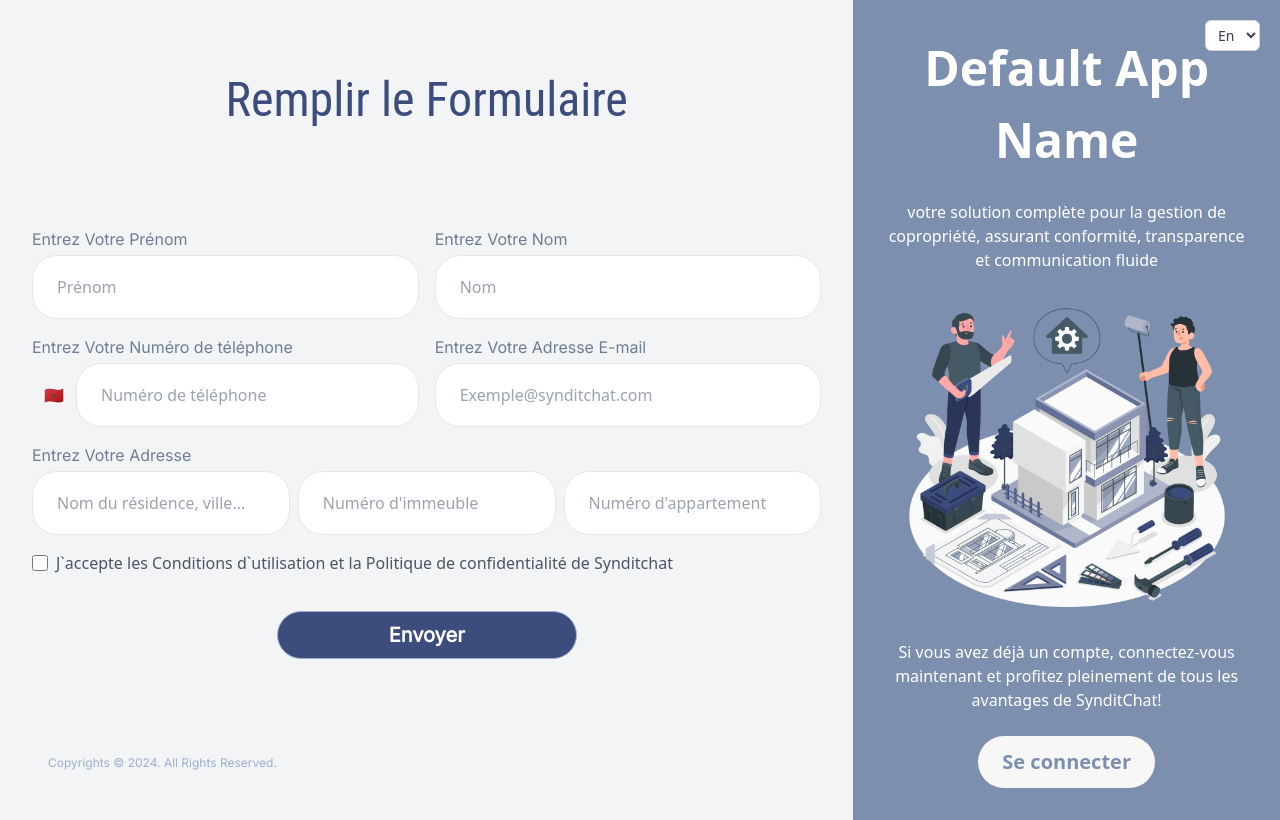
Repository: idir2023/Syndicat-amine
Page: http://localhost/inscription
The author's editor kept a copy of each file at every save. The page is drawn from the files as they stood at one save, then again after the next save.
The browser window is 1280 px wide. The pictures show the whole page.
Some web libraries are served in a nearby version. The page is served by the project's Laravel application, run on PHP 8.4 with Laravel 12. Other server files are loaded and not shown. Queries for data that is not in the repository find no rows.

Above is the page before, as saved 2024-10-13 11:00:57.

### app/Providers/AppServiceProvider.php
<?php

namespace App\Providers;

use App\Models\Parameter;
use App\Models\Residence;
use Illuminate\Support\Facades\View;
use Illuminate\Support\ServiceProvider;
use Illuminate\Support\Facades\App;
use Illuminate\Support\Facades\Session;

class AppServiceProvider extends ServiceProvider
{
    /**
     * Register any application services.
     */
    public function register(): void
    {
        //
    }

    /**
     * Bootstrap any application services.
     */
    public function boot()
    {
        App::setLocale(Session::get('locale', config('app.locale')));

        // Retrieve the parameters from the database (you can limit to one or handle multiple rows)
        $parameters = Parameter::first();

        // Guard if there are no parameters
        if ($parameters) {
            // Share the parameters with all views if found
            View::share('appParameters', $parameters);
        } else {
            // Optionally, you can share default values if no parameters exist
            View::share('appParameters', (object)[
                'logo' => 'default-logo.png', // Default logo path
                'app_name' => 'Default App Name' // Default app name
            ]);
        }

    }
}

### app/Models/Parameter.php
<?php

namespace App\Models;

use Illuminate\Database\Eloquent\Factories\HasFactory;
use Illuminate\Database\Eloquent\Model;

class Parameter extends Model
{
    use HasFactory;

    protected $fillable = [
        'logo',
        'app_name',
        'copyright',
        'facebook_link',
        'twitter_link',
        'linkedin_link',
        'instagram_link',
    ];
}

### routes/web.php
<?php

use Illuminate\Support\Facades\Route;
use App\Http\Controllers\UserController;
use App\Http\Controllers\EventController;
use App\Http\Controllers\TchatController;
use App\Http\Controllers\InfocomController;
use App\Http\Controllers\ProfileController;
use App\Http\Controllers\ReglageController;
use App\Http\Controllers\DashbordController;
use App\Http\Controllers\DocumentController;
use App\Http\Controllers\CalendrieController;
use App\Http\Controllers\ResidenceController;
use App\Http\Controllers\InventaireController;
use App\Http\Controllers\InvitationController;
use App\Http\Controllers\RegelementController;
use App\Http\Controllers\CommentaireController;
use App\Http\Controllers\ReclamationController;
use App\Http\Controllers\FormRegisterController;
use App\Http\Controllers\GroupController;
use App\Http\Controllers\LocaleController;
use App\Http\Controllers\ParameterController;
use Illuminate\Support\Facades\Request;
use App\Http\Middleware\EnsureAuthenticated;

// });

// Route::get('/dashboard', function () {
//     return view('dashboard');
// })->name('dashboard');

Route::post('/parameter',[ParameterController::class,'updateParameters'])->name('parameters.upadate');


Route::get(
    '/index',
    [DashbordController::class, 'index']
)->name('index');

Route::post('/locale', LocaleController::class)->name('locale.change');

Route::get('/language-form', [LocaleController::class, 'showLanguageForm'])->name('locale.form');

Route::prefix('/dashboard')->group(function () {
    Route::get('/', [DashbordController::class, 'index'])->name('dashboard.index');
    Route::get('/{residence}', [DashbordController::class, 'getDashbord'])->name('dashboard.residence');
});

Route::prefix('/infocom')->group(function () {
    // Route to list all InfoComs
    Route::get('/', [InfocomController::class, 'index'])->name('infocom.index');
    // Route to store InfoCom (no need to prefix /infocom)
    Route::post('/store', [InfocomController::class, 'store'])->name('infocom.store');
    // Route to get InfoCom for a specific residence
    Route::get('/{residence}', [InfocomController::class, 'getInfocom'])->name('infocom.residence');
});

Route::get('/inscription', [FormRegisterController::class, 'index'])->name('formRegister');
Route::post('/inscription', [FormRegisterController::class, 'submit'])->name('formRegister');

Route::get('/tchat', [TchatController::class, 'index'])->name('tchat.index');


Route::prefix('/inventaire')->group(function () {
    Route::get('/', [InventaireController::class, 'index'])->name('inventaire.index');
    Route::post('/', action: [InventaireController::class, 'store'])->name('inventaire.store');
    Route::get('/{residence}', [InventaireController::class, 'getInventaire'])->name('inventaire.residence');
    Route::put('/update/{id}', [InventaireController::class, 'update'])->name('inventaire.update');
});

// Route::get('/reglages', [ReglageController::class, 'index'])->name('reglages.index');
Route::get('/reglages/{residence}', [ReglageController::class, 'show'])->name('reglages.show');
Route::delete('/deleteUser/{id}', [UserController::class, 'destroy'])->name('users.destroy');
Route::put('/updateUser/{id}', [UserController::class, 'update'])->name('user.update');




Route::get('/calendrie', [CalendrieController::class, 'index'])->name('calendrie.index');

// Route::get('/regelement', [ResidenceController::class, ''])->name('regelement.');
Route::get('/residence/{id}', [ResidenceController::class, 'fetchResidence'])->name('residence.fetch');
// active residence
Route::put('/residence/{id}/update-status', [ResidenceController::class, 'updateStatus'])->name('residence.update-status');


// Route::get('/regereclamationlement', [ResidenceController::class, ''])->name('regelement.');
Route::get('/residence/{id}', [ResidenceController::class, 'fetchResidence'])->name('residence.fetch');
Route::post('/residence/store', [ResidenceController::class, 'store'])->name('residence.store');

Route::get('/regelement', [ResidenceController::class, 'index'])->name('regelement.index');
Route::get('/regelement/{residence}', [ResidenceController::class, 'show'])->name('regelement.show');
Route::get('/regelement/{residence}/edit', [ResidenceController::class, 'edit'])->name('regelement.edit');
Route::post('/regelement/update/{id}', [ResidenceController::class, 'update'])->name('regelement.update');

// Route::resource('regelements', RegelementController::class);

// Register form
// Route::get('/inscription', [ResidenceController::class, 'show'])->name('formRegister');
Route::get('/inscription', [FormRegisterController::class, 'index'])->name('formRegister');
Route::post('/inscription', [FormRegisterController::class, 'submit'])->name('formRegister');

Route::post('/Admin/users/store', [InvitationController::class, 'store'])->name('Admin.users.store');
Route::get('/inscription-termine', [UserController::class, 'index'])->name('register.user');
Route::post('/inscription-termine', [UserController::class, 'store'])->name('register.user.store');


// ::::::::::::::::::::::::::::::::::::::::::::::::::::::::::::::::::::::::::::::::::::::::::::::::::::::::::::::


Route::get('/get-contacts', [UserController::class, 'getContacts']);
// Route for searching contacts
Route::get('/contacts/search', [UserController::class, 'searchContacts'])->name('contacts.search');

Route::get('/contacts/get-group', [UserController::class, 'getGroup'])->name('getGroup');
Route::post('/create-group', [GroupController::class, 'createGroup'])->name('chatify.createGroup');
Route::post('/send-group-message', [GroupController::class, 'sendGroupMessage'])->name('chatify.sendGroupMessage');
Route::post('/get-group-users', [GroupController::class, 'getGroups'])->name('chatify.getGroups');

// :::::::::::::::::::::::::::::::::::::::::::::::::::::::::::::::::::::::::::::::::::::::::::::::::::::::::::::::::

Route::group(['prefix' => '/calendar'], function () {
    Route::get('/', [CalendrieController::class, 'index'])->name('events.index');
    Route::get('/{residence}', [CalendrieController::class, 'show'])->name('events.index');
    Route::post('/store', [CalendrieController::class, 'store'])->name('events.store');
    // Fetch events by date
    Route::post('/fetch-by-date', [CalendrieController::class, 'fetchEventsByDate'])->name('events.fetchByDate');

    // Route::get('/{event}', [CalendrieController::class, 'show'])->name('events.show');
    Route::put('/edit', [CalendrieController::class, 'update'])->name('events.update');
    Route::delete('/{event}', [CalendrieController::class, 'destroy'])->name('events.destroy');

    // Additional routes for specific functionalities can be added here
    // For example, add a route for comments on events
    // Route::post('/comment', [CommentController::class, 'store'])->name('comments.store');
});


// Route::resource('regelements', RegelementController::class);


Route::group(['prefix' => '/reclamation'], function () {
    Route::get('', [ReclamationController::class, 'index'])->name('reclamations');
    Route::post('', [ReclamationController::class, 'store'])->name('reclamations.store');
    Route::get('/{residence}', [ReclamationController::class, 'getReclamations'])->name('reclamations.residence');
    //add comment
    Route::post('/commentaire', [CommentaireController::class, 'store'])->name('commentaires.store');
});

Route::group(['prefix' => '/document'], function () {
    Route::get('', [DocumentController::class, 'index'])->name('document.index');
    Route::post('', [DocumentController::class, 'store'])->name('document.store');
    Route::get('/{residence}', [DocumentController::class, 'getDocument'])->name('document.residence');
    Route::post('', [DocumentController::class, 'store'])->name('document.store');

    Route::get('type/{type}/{residence}', [DocumentController::class, 'show_type'])->name('document.type');
});



Route::middleware('auth')->group(function () {
    Route::get('/profile', [ProfileController::class, 'edit'])->name('profile.edit');
    Route::patch('/profile', [ProfileController::class, 'update'])->name('profile.update');
    Route::delete('/profile', [ProfileController::class, 'destroy'])->name('profile.destroy');
});

require __DIR__ . '/auth.php';

### app/Http/Controllers/LocaleController.php
<?php

namespace App\Http\Controllers;

use Illuminate\Http\Request;
use Illuminate\Support\Facades\App;
use Illuminate\Support\Facades\Session;
use Illuminate\Support\Facades\File;

class LocaleController extends Controller
{
    public function __invoke(Request $request)
    {
        $locale = $request->input('locale');

        if (in_array($locale, ['en', 'ar', 'fr', 'es', 'de', 'it'])) {
            Session::put('locale', $locale);
            App::setLocale($locale);
        }

        return redirect()->back();
    }
    public function change(Request $request)
    {
        $locale = $request->input('locale');

        // Store the selected locale in the session
        Session::put('locale', $locale);

        // Change the application locale
        App::setLocale($locale);

        // Redirect back to the previous page or a specific route
        return redirect()->back();
    }




}

### app/Http/Controllers/FormRegisterController.php
<?php

namespace App\Http\Controllers;

use App\Mail\FormSubmissionMail;
use App\Models\User;
use Illuminate\Http\Request;
use Illuminate\Support\Facades\Mail;

class FormRegisterController extends Controller
{
    public function index()
    {
        return view('auth.formRegister.formRegister');
    }
    public function submit(Request $request)
    {
        $data = $request->validate([
            'first_name' => 'required|string|max:255',
            'last_name' => 'required|string|max:255',
            'phone' => 'required|string|max:15',
            'email' => 'required|email|max:255',
            'address' => 'required|string|max:255',
            'building_number' => 'nullable|string|max:50',
            'apartment_number' => 'nullable|string|max:50',
            'terms' => 'required|accepted',
        ]);

        // // Retrieve the email address of the first Super Admin
        // $Super AdminEmail = User::role('Super Admin')->pluck('email')->first();

        // // Retrieve the email addresses of all Admins
        // $AdminEmails = User::role('Admin')->pluck('email')->toArray();

        // // Combine the Super Admin email with the Admin emails
        // $recipients = array_merge([$Super AdminEmail], $AdminEmails);
        // // dd($recipients);

        // // Send the email to multiple recipients
        // Mail::to($recipients)->send(new FormSubmissionMail($data));

        // Send the email
        Mail::to('izamine2000@gmail.com')->send(new FormSubmissionMail($data));

        // Redirect or return response
        return back()->with('success', 'Form submitted successfully!');
    }
}

### resources/lang/en.json
{
    "Objet de votre déclaration": "Subject of your declaration",
    "Envoyer": "Send",
    "Ajouter Votre Déclaration": "Add Your Declaration",
    "Choisissez Type de Déclaration": "Choose Declaration Type",
    "nuisance": "Nuisance",
    "sinistre": "Incident",
    "Entrez l’objet de votre déclaration": "Enter the subject of your declaration",
    "Entrez le lieu": "Enter the location",
    "Descrivez déclaration": "Describe your declaration",
    "Objet de votre déclaration": "Subject of your declaration",
    "Envoyer": "Send",
    "Ajouter Votre Déclaration": "Add Your Declaration",
    "Descrivez déclaration": "Describe your declaration",
    "Entrez le lieu": "Enter the location",
    "Sinistre & Nuisance": "Sinistre & Nuisance",
    "Entrez l’objet de votre déclaration": "Enter the subject of your declaration",
    "Objet de votre déclaration": "Subject of your declaration",
    "Centenu de votre déclaration": "Content of your declaration",
    "Exemple: Immeuble D": "Example: Building D",
    "Info’Com": "Info’Com",
    "Appartement": "Apartment",

    "Login": "Login",
    "Log Out": "Log Out",

    "name": "Name",
    "email": "Email",
    "password": "Password",
    "confirm_password": "Confirm Password",
    "remember_me": "Remember Me",
    "forgot_password": "Forgot Your Password?",
    "login": "Login",
    "register": "Register",
    "register_now": "Register Now",
    "logout": "Logout",
    "dashboard": "Dashboard",
    "home": "Home",
    "profile": "Profile",

    "Règlement": "Regulation",
    "Réglements": "Settings",
    "Sinistre & Nuisance": "Incident & Nuisance",
    "Mes_documents": "My Documents",
    "InfoCom": "InfoCom",
    "Tchat": "Chat",
    "Inventaire": "Inventory",
    "Calendrier": "Calendar",

    "Residence": "Residence",
    "Useful Contacts": "Useful Contacts",
    "Manager": "Manager",
    "Address": "Address",
    "Role": "Role",
    "Phone": "Phone",
    "No users found.": "No users found.",
    "Building": "Building",
    "Apartment": "Apartment",

    "Super Admin": "Super Administrator",
    "Admin": "Administrator",
    "Manager": "Manager",
    "Manager principal": "Senior Manager",
    "Propriétaire": "Owner",
    "Résident": "Résident",

    "Ajouter utilisateur": "Add User",
    "Ajouter Admin": "Add Admin",
    "Manager": "Manager",
    "ADRESSE": "Address",
    "TELEPHONE": "Phone",
    "ACTION": "Action",
    "Supprimer": "Delete",
    "Prénom": "First Name",
    "Immeuble": "Building",
    "Numéro de Téléphone": "Phone Number",
    "Save": "Save",
    "Profil": "My Profile",

    "Add Event": "Add Event +",
    "Add": "Add",
    "Add Event Title": "Add Event Title",
    "Enter Event": "Enter Event",
    "Start": "Start",
    "End": "End",
    "Add Note": "Add Note",

    "Filter": "Filter",
    "SelectRecipient": "Select Recipient",
    "EnterTitle": "Enter Title",
    "EnterDescription": "Enter Description",
    "ExampleTitle": "Example: Water outage scheduled on: 23/07/2024",
    "ExampleDescription": "Example: We invite all Résidents to take the necessary precautions...",

    "ReglementInterieurTitle": "Internal Rules of Residence :nomResidence",
    "EditButton": "Edit",

    "Ajouter un utilisateur": "Add a User",
    "Résidence": "Residence",
    "Role": "Role",
    "EnterUserEmail": "Enter User Email",
    "ExampleEmail": "Example@synditchat.com",
    "Jour_entier": "All Day",

    "ajouter_document": "Add Document",
    "Sélectionnez_document_type": "Select Document Type",
    "Compte rendu": "Report",
    "Facture et devis": "Invoice and Quotation",
    "Autres": "Others",
    "Entrez_le_titre": "Enter the Title",
    "Titre_du_document": "Document Title",
    "Importez_le_document": "Upload the Document",
    "Importer_votre_fichier": "Upload Your File",
    "Ajouter_un_commentaire": "Add a Comment",
    "Ajoutez_un_commentaire": "Add a Comment",
    "all_documents": "All Documents",
    "Active": "Activate",
    "Inactive": "Inactivate",
    "Ajouter Résidence": "Add Residence",
    "Saisir nom": "Enter Name",
    "Enregistrer": "Save",
    "Nom du résidence": "Residence Name",
    "Sinistres et Nuisances Déclarés au Sein de la Résidence": "Incidents & Nuisances Reported in the Residence",
    "Ajouter un commentaire": "Add a Comment",
    "Centenu de votre commentaire": "Comment Content",
    "Upload": "Upload",
    "Upload Language File": "Upload Language File",
    "Janvier": "January",
    "Février": "February",
    "Mars": "March",
    "Avril": "April",
    "Mai": "May",
    "Juin": "June",
    "Juillet": "July",
    "Août": "August",
    "Septembre": "September",
    "Octobre": "October",
    "Novembre": "November",
    "Décembre": "December",
    "Monday": "Monday",
    "Tuesday": "Tuesday",
    "Wednesday": "Wednesday",
    "Thursday": "Thursday",
    "Friday": "Friday",
    "Saturday": "Saturday",
    "Sunday": "Sunday",
    "Upload Language File": "Upload Language File",
    "Paramètres du site": "Site Parameters",
    "Entrez le nom du site": "Enter Site Name",
    "Entrez le nom du copyright": "Enter Copyright Name",
    "Télécharger le logo": "Upload Logo",
    "Lien Facebook": "Facebook Link",
    "Lien Twitter": "Twitter Link",
    "Lien LinkedIn": "LinkedIn Link",
    "Lien Instagram": "Instagram Link",
    "Télécharger le fichier JSON de langue": "Upload JSON lan",
    "Mettre à jour les paramètres": "Update parameter",
    "Caractéristiques du site": "Website Characteristics",
    "Ajouter un commentaire": "Add a Comment",
    "Contenu de votre commentaire": "Comment Content",
    "Télécharger": "Upload",
    "Télécharger le fichier de langue": "Upload Language File",
    "Filtrer": "Filter",
    "Options de Filtrage": "Filter Options",
    "Trier par Nom (A-Z)": "Sort by Name (A-Z)",
    "Trier par Nom (Z-A)": "Sort by Name (Z-A)",
    "Trier par Date (Plus récent)": "Sort by Date (Newest)",
    "Trier par Date (Plus ancien)": "Sort by Date (Oldest)",
    "Rechercher par nom": "Search by Name",
    "Rechercher par titre": "Search by title",
    "Rechercher": "Search",
    "Fermer": "Close",
    "Mettre à jour les paramètres": "Update Parameters",
    "Votre solution complète pour la gestion de copropriété, assurant conformité, transparence et communication fluide": "Your complete solution for property management, ensuring compliance, transparency, and smooth communication",
    "Si vous n'avez pas de compte, remplissez dès maintenant le formulaire d'inscription et simplifiez la gestion de votre copropriété": "If you don't have an account, fill out the registration form now and simplify the management of your property",
    "Remplir le formulaire": "Fill out the form",
    "Se Connecter": "Log In",
    "Entrez Votre E-mail": "Enter Your Email",
    "Entrez Votre Mot de passe": "Enter Your Password",
    "Restez connecté": "Stay connected",
    "Mot de passe oublié ?": "Forgot your password?",
    "Connexion": "Log In",
    "Erreur de connexion": "Login Error",
    "Votre compte résidence est actuellement inactif et vous ne pouvez pas vous connecter. Veuillez contacter le personnel de votre résidence pour plus d'informations.": "Your residence account is currently inactive, and you cannot log in. Please contact your residence staff for more information.",
    "Your complete solution for managing co-ownership, ensuring compliance, transparency, and smooth communication": "Your complete solution for managing co-ownership, ensuring compliance, transparency, and smooth communication",
    "If you don’t have an account, fill out the registration form now and simplify the management of your co-ownership": "If you don’t have an account, fill out the registration form now and simplify the management of your co-ownership",
    "Fill out the form": "Fill out the form",
    "Log in": "Log in",
    "Enter your email": "Enter your email",
    "Enter your password": "Enter your password",
    "Stay connected": "Stay connected",
    "Forgot your password?": "Forgot your password?",
    "Log in": "Log in",
    "Connection error": "Connection error",
    "Your residence account is currently inactive, and you cannot log in. Please contact your residence staff for further information.": "Your residence account is currently inactive, and you cannot log in. Please contact your residence staff for further information.",
    "Il s'agit d'une zone sécurisée de l'application. Veuillez confirmer votre mot de passe avant de continuer":"This is a secure area of the application. Please confirm your password before continuing",
    "vous avez oublié votre mot de passe ?":"forgot your password?",
    "Réinitialiser le mot de passe":"Reset Password"
}

Loaded but not shown: app/Http/Controllers/Controller.php (common file); routes/auth.php (common file); app/Http/Controllers/Auth/EmailVerificationPromptController.php (common file); app/Http/Controllers/Auth/VerifyEmailController.php (common file); resources/views/auth/formRegister/formRegister.blade.php (266 lines, source omitted)

After the next save:
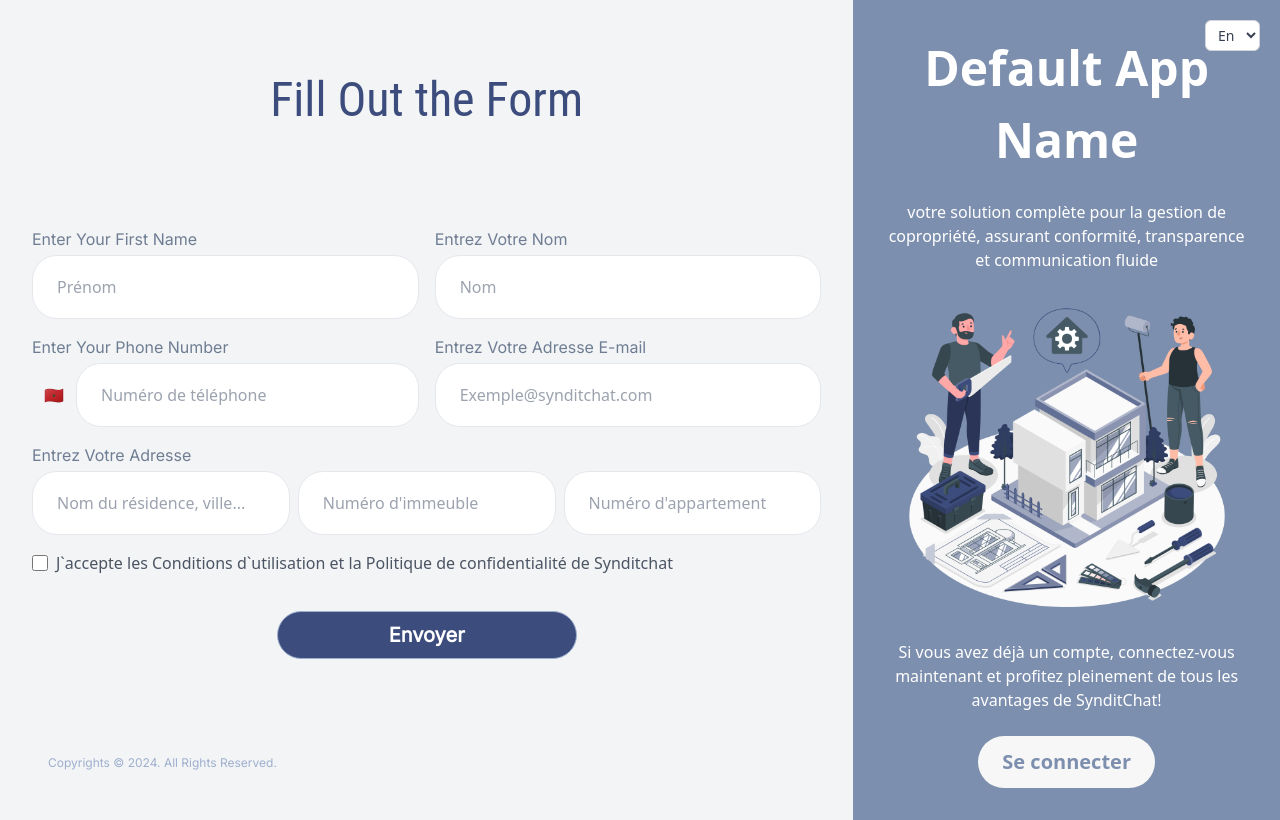
Saved 15 s later.
--- a/resources/lang/en.json
+++ b/resources/lang/en.json
@@ -195,5 +195,18 @@
     "Your residence account is currently inactive, and you cannot log in. Please contact your residence staff for further information.": "Your residence account is currently inactive, and you cannot log in. Please contact your residence staff for further information.",
     "Il s'agit d'une zone sécurisée de l'application. Veuillez confirmer votre mot de passe avant de continuer":"This is a secure area of the application. Please confirm your password before continuing",
     "vous avez oublié votre mot de passe ?":"forgot your password?",
-    "Réinitialiser le mot de passe":"Reset Password"
+    "Réinitialiser le mot de passe":"Reset Password",
+    "Remplir le Formulaire": "Fill Out the Form",
+    "Entrez Votre Prénom": "Enter Your First Name",
+    "Entrez Votre Nom": "Enter Your Last Name",
+    "Entrez Votre Numéro de téléphone": "Enter Your Phone Number",
+    "Entrez Votre Adresse E-mail": "Enter Your Email Address",
+    "Entrez Votre Adresse": "Enter Your Address",
+    "J'accepte les Conditions d'utilisation et la Politique de confidentialité de Synditchat": "I accept the Terms of Use and Privacy Policy of Synditchat",
+    "Envoyer": "Submit",
+    "Copyrights © {{date}}. All Rights Reserved.": "Copyrights © {{date}}. All Rights Reserved.",
+    "votre solution complète pour la gestion de copropriété, assurant conformité, transparence et communication fluide": "your complete solution for property management, ensuring compliance, transparency, and smooth communication",
+    "Si vous avez déjà un compte, connectez-vous maintenant et profitez pleinement de tous les avantages de SynditChat!": "If you already have an account, log in now and enjoy all the benefits of SynditChat!",
+    "Se connecter": "Log In",
+    "Félécitation !": "Congratulations!"
 }
